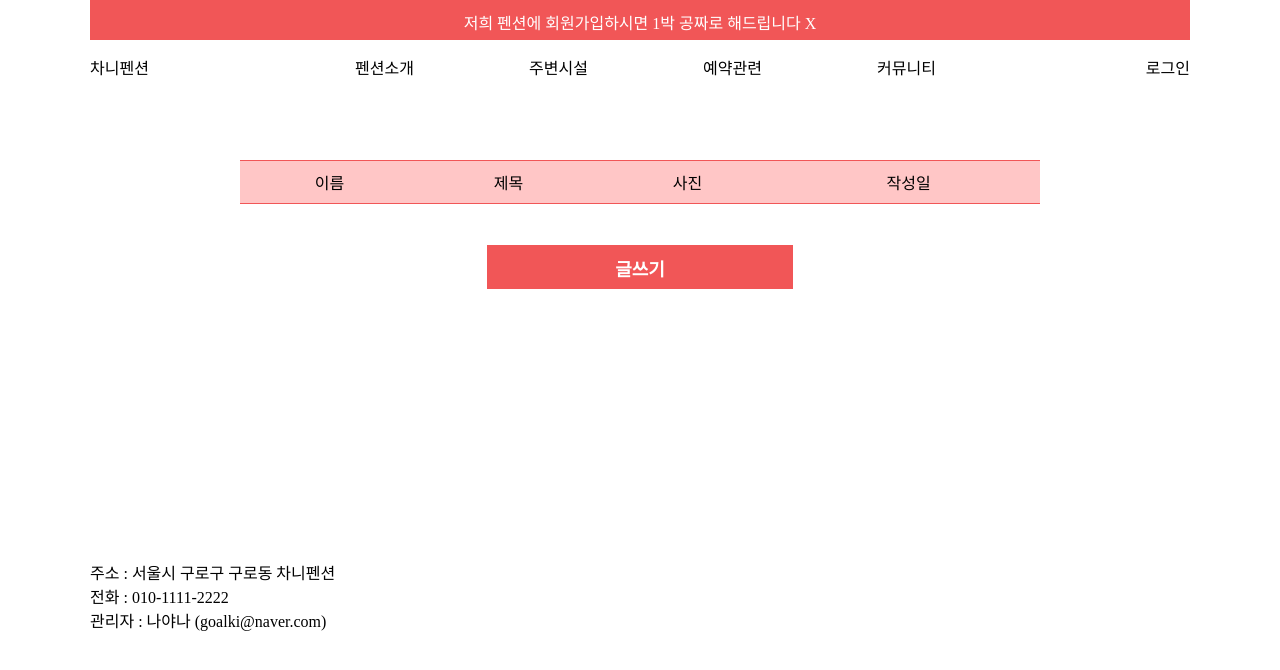
Repository: goalki/pension
Page: http://localhost/pension/tour/list.jsp
These files come from the project's save history. The page is drawn as it stood at one moment and after the next save; the edit follows.
The browser window is 1280 px wide. The pictures show the whole page.
The page is served by Tomcat 9. Queries for data that is not in the repository find no rows.

Above is the page before, as saved 2021-01-21 05:54:27.

After the next save:
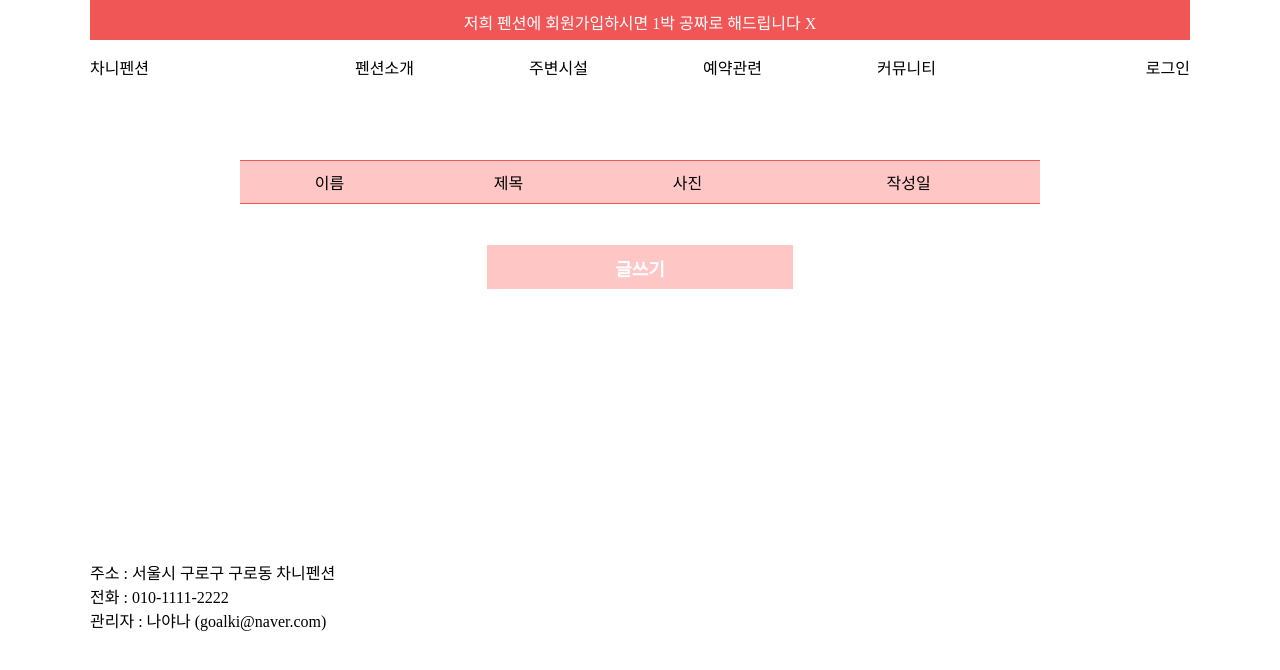
Saved 39 s later.
--- a/pension/WebContent/tour/list.jsp
+++ b/pension/WebContent/tour/list.jsp
@@ -39,7 +39,7 @@
     display:inline-block;
     width:306px;
     height:34px;
-    background:#f15657;
+    background:#FFC6C6;
     color:white;
     font-size:18px;
     font-weight:900;
